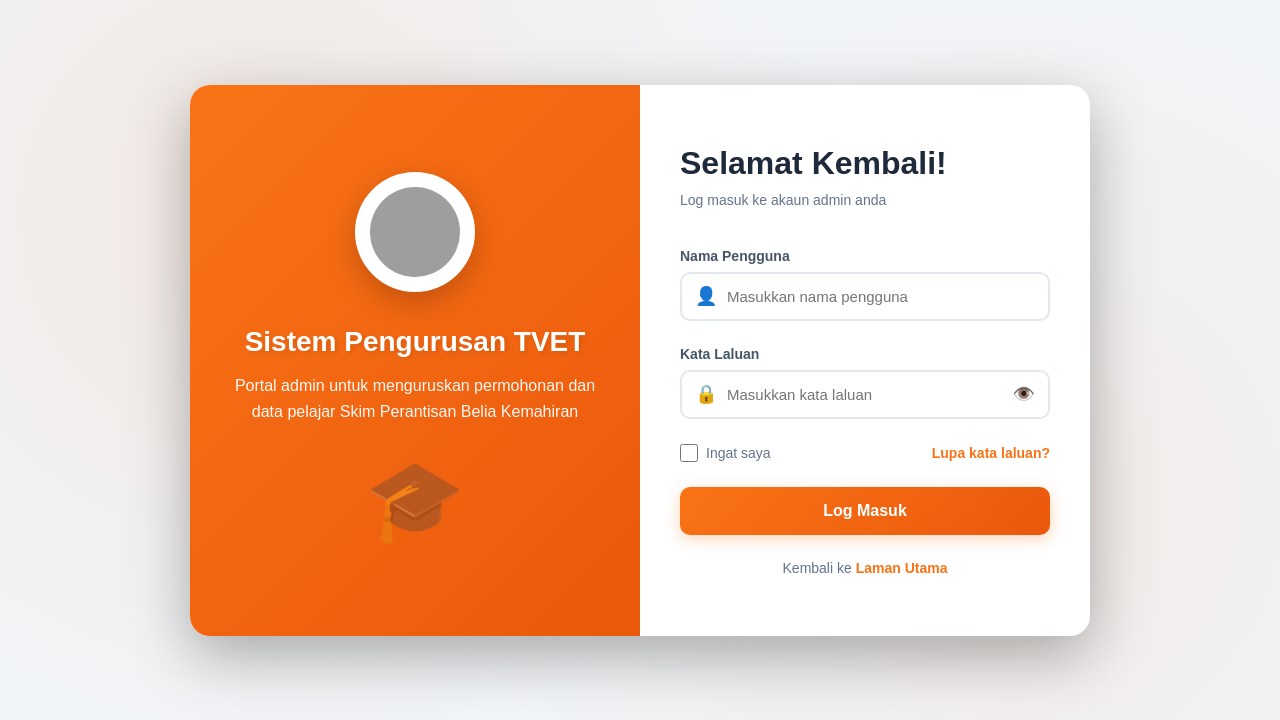
Repository: Aliyamai/SPB1KADMIN
Page: adminlogin.html
These files come from the project's save history. The page is drawn as it stood at one moment and after the next save; the edit follows.
The browser window is 1280 px wide. The pictures show the whole page.
Pictures or frames that could not be fetched are drawn as grey boxes.

Above is the page before, as saved 2025-12-17 09:02:56.

After the next save:
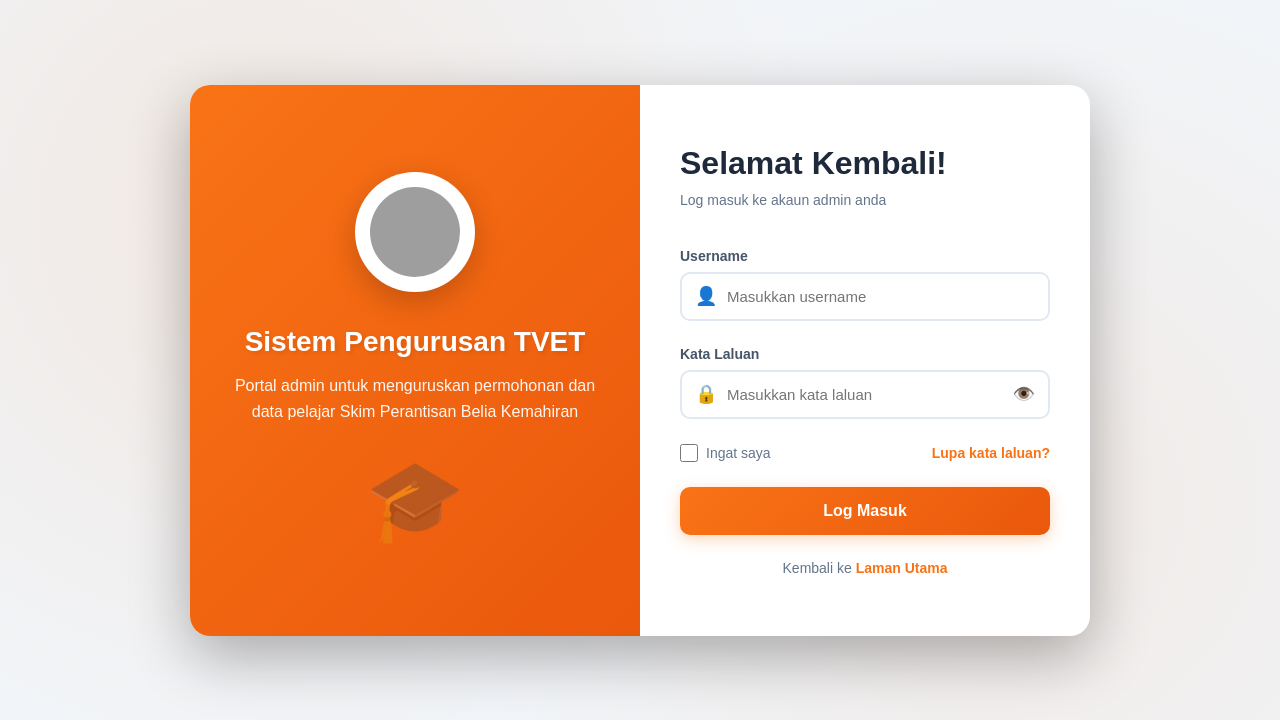
Saved 22 min 57 s later.
--- a/adminlogin.html
+++ b/adminlogin.html
@@ -351,13 +351,13 @@
 
       <form id="loginForm" onsubmit="handleLogin(event)">
         <div class="form-group">
-          <label for="username">Nama Pengguna</label>
+          <label for="username">Username</label>
           <div class="input-wrapper">
             <span class="input-icon">👤</span>
             <input
               type="text"
               id="username"
-              placeholder="Masukkan nama pengguna"
+              placeholder="Masukkan username"
               required
               autocomplete="username"
             >
@@ -400,8 +400,12 @@
   </div>
 
   <script>
+    // Google Apps Script Web App URL - CONNECTED TO GOOGLE SHEETS
+    const SCRIPT_URL = 'https://script.google.com/macros/s/AKfycbyt8bkgYG0MJBzrU5BTmZCOnClVBvt4ES8EU7oAVNgoirqR4_kXtT6gVcBz6A0dHwA/exec';
+
     let isPasswordVisible = false;
 
+    // Toggle password visibility
     function togglePassword() {
       const passwordInput = document.getElementById('password');
       const toggleIcon = document.querySelector('.password-toggle');
@@ -411,6 +415,7 @@
       toggleIcon.textContent = isPasswordVisible ? '🙈' : '👁️';
     }
 
+    // Show error message
     function showError(message) {
       const errorDiv = document.getElementById('errorMessage');
       const errorText = document.getElementById('errorText');
@@ -422,6 +427,7 @@
       }, 5000);
     }
 
+    // Set loading state
     function setLoading(loading) {
       const btn = document.getElementById('loginBtn');
       const btnText = document.getElementById('btnText');
@@ -438,35 +444,74 @@
       }
     }
 
+    // Validate admin credentials from Google Sheets via Apps Script
+    async function validateAdmin(username, password) {
+      try {
+        const response = await fetch(SCRIPT_URL, {
+          method: 'POST',
+          headers: {
+            'Content-Type': 'text/plain',
+          },
+          body: JSON.stringify({
+            action: 'login',
+            username: username,
+            password: password
+          })
+        });
+
+        if (!response.ok) {
+          throw new Error(`HTTP Error: ${response.status}`);
+        }
+
+        const result = await response.json();
+
+        return {
+          success: result.success,
+          message: result.message,
+          user: result.data
+        };
+
+      } catch (error) {
+        console.error('Error validating admin:', error);
+        return {
+          success: false,
+          message: 'Ralat sambungan ke server. Sila cuba lagi.'
+        };
+      }
+    }
+
+    // Handle login form submission
     async function handleLogin(event) {
       event.preventDefault();
 
-      const username = document.getElementById('username').value;
+      const username = document.getElementById('username').value.trim();
       const password = document.getElementById('password').value;
       const rememberMe = document.getElementById('rememberMe').checked;
 
+      if (!username || !password) {
+        showError('Sila masukkan username dan kata laluan');
+        return;
+      }
+
       setLoading(true);
 
-      // Simulate API call delay
-      await new Promise(resolve => setTimeout(resolve, 1000));
-
-      // Simple authentication (replace with real authentication)
-      // Default credentials: admin / admin123
-      if (username === 'admin' && password === 'admin123') {
-        // Save login state
-        if (rememberMe) {
-          localStorage.setItem('tvet_admin_logged_in', 'true');
-          localStorage.setItem('tvet_admin_username', username);
-        } else {
-          sessionStorage.setItem('tvet_admin_logged_in', 'true');
-          sessionStorage.setItem('tvet_admin_username', username);
-        }
+      // Validate credentials against Google Sheets
+      const result = await validateAdmin(username, password);
+
+      if (result.success) {
+        // Save login state and user info
+        const storage = rememberMe ? localStorage : sessionStorage;
+        storage.setItem('tvet_admin_logged_in', 'true');
+        storage.setItem('tvet_admin_username', result.user.username);
+        storage.setItem('tvet_admin_name', result.user.name);
+        storage.setItem('tvet_admin_email', result.user.email);
+        storage.setItem('tvet_admin_role', result.user.role);
 
         // Redirect to dashboard
-        window.location.href = 'admin-dashboard.html';
+        window.location.href = 'pageadmin.html';
       } else {
         setLoading(false);
-        showError('Nama pengguna atau kata laluan tidak sah!');
+        showError(result.message || 'Login gagal. Sila cuba lagi.');
 
         // Clear password field
         document.getElementById('password').value = '';
@@ -479,7 +524,7 @@
                       sessionStorage.getItem('tvet_admin_logged_in');
 
       if (loggedIn === 'true') {
-        window.location.href = 'admin-dashboard.html';
+        window.location.href = 'pageadmin.html';
       }
 
       // Load saved username if remember me was checked
@@ -490,11 +535,17 @@
       }
     });
 
-    // Handle Enter key on inputs
-    document.getElementById('username').addEventListener('keypress', (e) => {
-      if (e.key === 'Enter') {
-        document.getElementById('password').focus();
-      }
+    // Handle Enter key on username field
+    document.addEventListener('DOMContentLoaded', () => {
+      const usernameField = document.getElementById('username');
+      const passwordField = document.getElementById('password');
+
+      usernameField.addEventListener('keypress', (e) => {
+        if (e.key === 'Enter') {
+          e.preventDefault();
+          passwordField.focus();
+        }
+      });
     });
   </script>
 </body>
